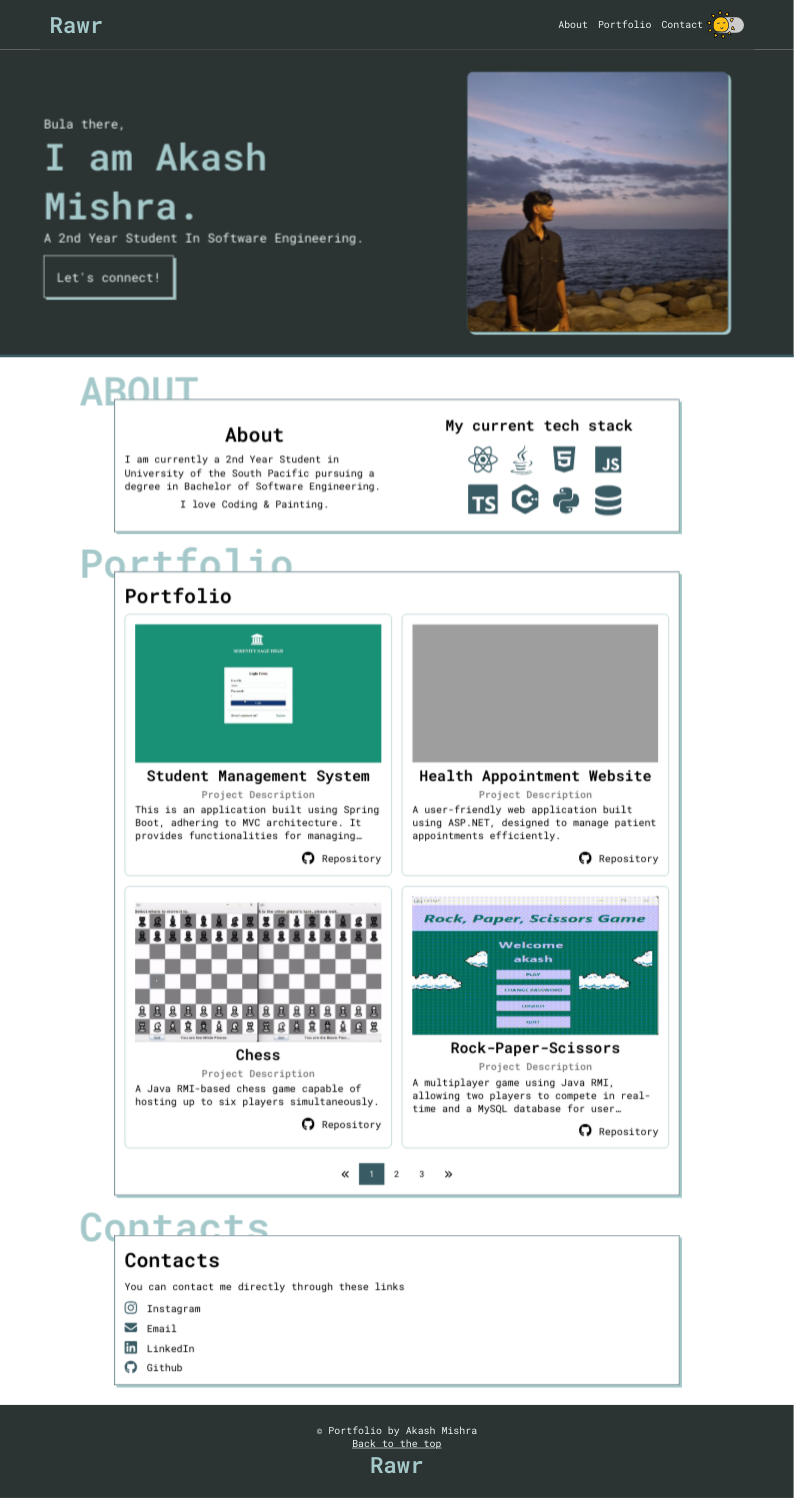
Repository: akashrawr/portfolio
Page: /
An editor plug-in stored every save of this project. The page is shown before and after the next save, followed by the edit.
The browser window is 1280 px wide. The pictures show the whole page, at 62% of full size.
Pictures or frames that could not be fetched are drawn as grey boxes. The project was rebuilt for these pictures with package versions that can differ from the ones it lists, and the page was loaded fresh each time.

Above is the page before, as saved 2024-12-17 11:43:09.

### public/index.html
<!DOCTYPE html>
<html lang="en">
  <head>
    <meta charset="utf-8" />
    <link rel="icon" href="%PUBLIC_URL%/favicon.ico" />
    <meta name="viewport" content="width=device-width, initial-scale=1" />
    <meta name="theme-color" content="#000000" />
    <meta
      name="description"
      content="Personal web Portfolio"
    />
    <link rel="apple-touch-icon" href="%PUBLIC_URL%/logo192.png" />
    <!--
      manifest.json provides metadata used when your web app is installed on a
      user's mobile device or desktop. See https://developers.google.com/web/fundamentals/web-app-manifest/
    -->
    <link rel="manifest" href="%PUBLIC_URL%/manifest.json" />
    <!--
      Notice the use of %PUBLIC_URL% in the tags above.
      It will be replaced with the URL of the `public` folder during the build.
      Only files inside the `public` folder can be referenced from the HTML.

      Unlike "/favicon.ico" or "favicon.ico", "%PUBLIC_URL%/favicon.ico" will
      work correctly both with client-side routing and a non-root public URL.
      Learn how to configure a non-root public URL by running `npm run build`.
    -->
    <title>akashrawr</title>
  </head>
  <body>
    <noscript>You need to enable JavaScript to run this app.</noscript>
    <div id="root"></div>
    <!--
      This HTML file is a template.
      If you open it directly in the browser, you will see an empty page.

      You can add webfonts, meta tags, or analytics to this file.
      The build step will place the bundled scripts into the <body> tag.

      To begin the development, run `npm start` or `yarn start`.
      To create a production bundle, use `npm run build` or `yarn build`.
    -->
  </body>
</html>

### src/App.js
import React, { useState, useEffect } from 'react';
import './App.css';
import AOS from 'aos';
import 'aos/dist/aos.css';

// Import components
import Header from './components/Header';
import Hero from './components/Hero';
import About from './components/About';
import Portfolio from './components/Portfolio';
import Contact from './components/Contact';
import Footer from './components/Footer';

function App() {
  useEffect(() => {
    AOS.init({ once: true, delay: 0 });
  }, []);

  const [isNavVisible, setIsNavVisible] = useState(false);
  const [darkMode, setDarkMode] = useState(false);

  const toggleNav = () => {
    setIsNavVisible(!isNavVisible);
  };

  const toggleDarkMode = () => {
    setDarkMode(!darkMode);
    document.body.classList.toggle('dark-mode', !darkMode);
  };

  return (
    <div>
      <Header
        isNavVisible={isNavVisible}
        toggleNav={toggleNav}
        darkMode={darkMode}
        toggleDarkMode={toggleDarkMode}
      />
      <main>
        <Hero />
        <About />
        <Portfolio />
        <Contact />
      </main>
      <Footer />
    </div>
  );
}

export default App;

### src/App.css
@import url("https://fonts.googleapis.com/css2?family=Roboto+Mono:wght@300;400;600&display=swap");

:root {
  --primary-color: #2c3333;
  --secondary-color: #395b64;
  --accent-1: #a5c9ca;
  --accent-2: #e7f6f2;
  --neutral-1: black;
  --neutral-2: white;
  --neutral-3: white;
  --neutral-4: black;
  --icon-1: #395b64;

  --dark-primary-color: #121212;
  --dark-secondary-color: #1f1f1f;
  --dark-accent-1: #6c757d;
  --dark-accent-2: #adb5bd;
  --dark-neutral-1: #ffffff;
  --dark-neutral-2: #121212;
  --dark-neutral-3:#1f1f1f;
  --dark-neutral-4: #938f8f;
  --dark-icon-1: #938f8f;

}

*,
*::after,
*::before {
  margin: 0;
  padding: 0;
  font-family: "Roboto Mono", monospace;
  box-sizing: border-box;


}

html {
  scroll-behavior: smooth;
}

body {
  overflow-x: hidden;
  background-color: var(--neutral-3);
  color: var(--neutral-1);
  font-family: "Roboto Mono", monospace;
}

body.dark-mode {
  --primary-color: var(--dark-primary-color);
  --secondary-color: var(--dark-secondary-color);
  --accent-1: var(--dark-accent-1);
  --accent-2: var(--dark-accent-2);
  --neutral-1: var(--dark-neutral-1);
  --neutral-2: var(--dark-neutral-2);
  --neutral-3: var(--dark-neutral-3);
  --neutral-4: var(--dark-neutral-4);
  --icon-1:var(--dark-icon-1);
}


/* Navbar styles */

header {
  display: flex;
  align-items: center;
  justify-content: center;

  max-width: 100vw;
  background-color: var(--primary-color);
}

a {
  font-size: 14px;
  text-decoration: none;
}

h1 {
  font-family: "Roboto Mono", monospace;
}

.navbar-nav {
  display: flex;
  align-items: center;
  justify-content: space-between;
  background-color: var(--primary-color);
  padding: 1rem;
  width: 90%;
}

.nav-logo {
  grid-column: 1;
}

.nav-logo > h1 {
  font-size: 30px;
  color: var(--accent-1);
}

.primary-nav {
  display: flex;
  list-style: none;
  gap: 16px;

  grid-column: 2;
  justify-self: end;
}

.mobile-nav-toggle {
  display: none;
  cursor: pointer;
}

.nav-link:link,
.nav-link:visited {
  font-size: 16px;
  color: var(--accent-2);

  transition: 300ms ease-in-out;
}

.nav-link:hover {
  font-weight: 600;
  color: var(--accent-1);
}


/* Dark mode toggle button */
.theme-toggle {
  background: none;
  border: none;
  cursor: pointer;
  padding: 8px;
  display: flex;
  align-items: center;
}

.nav-icons {
  --size: 30px;
  width: var(--size);
  aspect-ratio: 1;
  cursor: pointer;
}



@media only screen and (max-width: 35em) {
  .primary-nav {
    position: fixed;
    top: 0;
    right: 0;
    bottom: 0;
    width: 125px;

    flex-direction: column;
    padding: min(15vh, 3rem) 1rem;
    background-color: var(--primary-color);
    border-left: 2px solid rgb(111, 111, 111); /* Add this line for the left border */

    z-index: 9999;

    transform: translateX(100%);
    transition: transform 350ms ease-out;
  }


  .nav-link:link,
  .nav-link:visited {
    font-size: 15px;
    color: var(--accent-1);
  }

  .primary-nav[data-visible="true"] {
    transform: translateX(0%);
  }

  .mobile-nav-toggle[aria-expanded="true"] {
    background: url('data:[embedded picture, 416 characters]') center center no-repeat;
  }

  .mobile-nav-toggle {
    display: block;
    position: absolute;
    background: url('data:[embedded picture, 417 characters]') center center no-repeat;

    width: 1.25rem;
    aspect-ratio: 1;

    border: none;

    top: 1.4rem;
    right: 2.5rem;
    z-index: 10000;

    transition: 250ms ease-in-out;
  }
}

/* Section styles */

section {
  display: flex;
  align-items: center;
  justify-content: center;

  max-width: 100vw;
  position: relative;
}

/* HERO SECTION */
#hero {
  background-color: var(--primary-color);
  border-bottom: 4px solid var(--icon-1);
  padding: 2.2rem;
}

/* Main container for text and image */
.hero-main-container {
  display: flex;
  flex-wrap: wrap;
  align-items: center;
  justify-content: space-between;
  gap: 16px;
}

/* Text Container */
.hero-container {
  flex: 1;
  display: flex;
  flex-direction: column;
  gap: 16px;
  padding: 2.2rem;
  width: 90%;
  height: 350px;
  animation: fade-in 500ms linear forwards;
}

.hero-text-container > h2 {
  font-size: 28px;
  color: var(--accent-1);
}

.hero-text-container > p {
  font-size: 12px;
  color: var(--accent-2);
}

.hero-button {
  align-self: flex-start;

  font-size: 14px;
  padding: 1em;

  color: var(--accent-2);
  background-color: transparent;

  border: 1px solid var(--accent-2);
  box-shadow: 4px 4px 0px var(--accent-1);

  transition: 300ms ease-in-out;
}

.hero-button:hover {
  background-color: var(--accent-2);
  color: var(--primary-color);
  box-shadow: 6px 6px 0px var(--secondary-color);
}

/* Image Container */
.hero-img {
  flex: 1;
  display: flex;
  justify-content: center;
  align-items: center;
}

.hero-image {
  max-width: 75%;
  height: auto;
  border-radius: 10px;
  box-shadow: 0 4px 8px rgba(0, 0, 0, 0.1);
  border: 1px solid var(--secondary-color);
  background-color: var(--neutral-2);

  width: 100%;


  box-shadow: 4px 4px 0px var(--accent-1);
}


/* Responsive Styles */
@media screen and (max-width: 768px) {
  .hero-main-container {
    flex-direction: column;
  }

  .hero-img {
    margin-top: 20px;
  }

  .hero-text-container {
    text-align: left;
  }
}
.hero-text-container > h2 {
  font-size: 20px;
  color: var(--accent-1);
}
.project-card > h3 {
  font-size: 12px;
  color: var(--secondary-color);
}

/* ABOUT */

#about {
  padding: 2rem;
  margin-top: 36px;
  animation: fade-in 500ms linear forwards;

}

.wave-asset {
  width: 100%;
  position: absolute;

  top: 0;
  left: 0;
}

.about-container {
  display: flex;
  align-items: center;
  justify-content: center;
  background-color: var(--neutral-2);
  width: 90%;
  z-index: 999;
}

.about-card,
.portfolio-card,
.contact-card {
  display: flex;
  flex-direction: column;
  gap: 16px;
  border: 1px solid var(--secondary-color);
  background-color: var(--neutral-2);

  width: 100%;
  padding: 1rem;

  box-shadow: 4px 4px 0px var(--accent-1);
}

.about-content,
.portfolio-content {
  width: 100%;
  display: flex;
  flex-direction: column;
  gap: 8px;
}

.about-content > h2,
.about-content > h3 {
  color: var(--neutral-4);
}

.about-content > p {
  font-size: 12px;
  color: var(--neutral-4);
}

.tech-stack-grid {
  width: 65%;
  display: grid;
  grid-template-columns: repeat(4, 1fr);
  place-items: center;
}

.tech-stack {
  --size: 30px;
  width: var(--size);
  aspect-ratio: 1;
}

/* Portfolio container */

#portfolio {
  padding: 2rem;
  animation: fade-in 500ms linear forwards;
}

.portfolio-container {
  width: 90%;
  z-index: 999;
}

.project-container {
  display: grid;
  grid-template-columns: repeat(2, 1fr);
  gap: 16px;
}

.portfolio-content > h2 {
  color: var(--neutral-4);
}

.project-card {
  display: flex;
  flex-direction: column;
  gap: 4px;

  padding: 1rem;
  border-radius: 8px;
  border: 1px solid var(--accent-1);
}

.project-card > h3 {
  color: var(--neutral-4);
}

.project-card > h5 {
  color: var(--neutral-4);
  opacity: 0.5;
}

.project-card > p {
  font-size: 12px;
  width: 100%;
  display: -webkit-box;
  -webkit-box-orient: vertical;
  -webkit-line-clamp: 3;
  overflow: hidden;
  color: var(--neutral-4);
}

.project-img {
  width: 100%;
  aspect-ratio: 16/9;
}

.project-card-links {
  align-self: flex-end;

  margin-top: 10px;
  display: flex;
  align-items: center;
  gap: 12px;
}

.project-icons {
  --size: 20px;
  width: var(--size);
  aspect-ratio: 1;
}

.project-card-links > a {
  display: flex;
  align-items: center;
  color: var(--neutral-4);
  font-size: 10px;
  gap: 4px;
}

.project-card-links > a:link,
.project-card-links > a:visited {

  color: var(--neutral-4);
}

.project-card-links > a:hover {
  font-weight: 600;
  color: var(--accent-1);
}

/* CONTACT */
#contact {
  padding: 2rem;
  animation: fade-in 500ms linear forwards;
}

.contact-container {
  width: 90%;
  z-index: 999;
}

.contact-card {
  width: 100%;
  gap: 12px;
}
.contact-card > h2 {
    color: var(--neutral-4);
}

.contact-card > p {
  font-size: 12px;
  color: var(--neutral-4);
}

.contact-links {
  display: flex;
  flex-direction: column;
  gap: 8px;
}

.contact-links > a {
  display: flex;
  align-items: center;
  gap: 8px;
}

.contact-links > a:link,
.contact-links > a:visited {
  color: var(--neutral-4);
}

.contact-links > a:hover {
  font-weight: 600;
  color: var(--accent-1);
}
.contact-icons {
  --size: 20px;
  width: var(--size);
  aspect-ratio: 1;
}

/* extras */
.section-highlight {
  font-size: 4rem;
  font-weight: 600;
  opacity: 0.5;
  color: var(--accent-1);

  position: absolute;
  top: 0;
  left: 100px;
}

/* footer */
footer {
  display: flex;
  align-items: center;
  justify-content: center;
  color: var(--accent-2);
  max-width: 100vw;
  background-color: var(--primary-color);
  min-height: 150px;
}

.footer-content {
  text-align: center;
  font-size: 12px;
  width: 90%;

  color: var(--accent-2);
}

.footer-content > a {
  text-decoration: underline;
}

.footer-content > a:link,
.footer-content > a:visited {
  color: var(--accent-2);
}

.footer-content > a:hover {
  color: var(--accent-1);
}
/* media queries */

@media only screen and (max-width: 35em) {
  .hero-container {
    padding: 1rem;
    height: 200px;
  }
  .project-container {
    grid-template-columns: 1fr;
  }
  .tech-stack-grid {
    width: 100%;
  }
  .section-highlight {
    font-size: 3.5rem;
    top: -16px;
    left: 6vw;
  }
}

@media only screen and (min-width: 35em) {
  .hero-container {
    height: 250px;
  }
  .about-container,
  .portfolio-container,
  .contact-container {
    width: 75%;
  }

  .about-card,
  .portfolio-card {
    align-items: center;
    justify-content: center;
    flex-direction: row;
    gap: 20px;
  }

  .section-highlight {
    top: -26px;
    left: 10vw;
  }
}

@media only screen and (min-width: 768px) {
  .nav-logo > h1 {
    font-size: 36px;
  }

  /* hero */
  .hero-container {
    height: 350px;
  }

  .hero-text-container > p {
    font-size: 20px;
  }

  .hero-text-container > h2 {
    font-size: 60px;
  }

  .hero-button {
    font-size: 20px;
  }

  /* about */
  .about-card {
    gap: 40px;
  }

  .about-content > h2 {
    font-size: 32px;
  }

  .about-content > h3 {
    font-size: 24px;
  }

  .about-content > p {
    font-size: 16px;
  }

  .tech-stack-section {
    align-self: flex-start;
    margin-top: 8px;
  }

  .tech-stack {
    --size: 40px;
    width: var(--size);
    aspect-ratio: 1;
  }

  /* portfolio */
  .portfolio-content > h2 {
    font-size: 32px;
  }

  .project-card > h3 {
    font-size: 24px;
  }

  .project-card > h5,
  .project-card > p {
    font-size: 16px;
  }

  .project-card-links > a {
    font-size: 16px;
  }

  /* contacts */
  .contact-card > h2 {
    font-size: 32px;
  }

  .contact-card > p {
    font-size: 16px;
  }

  .contact-links > a {
    font-size: 16px;
  }
  .footer-content,
  .footer-content > a {
    font-size: 16px;
  }
}

@media only screen and (min-width: 1024px) {
  .section-highlight {
    top: -26px;
    left: 10vw;
  }
}

@keyframes fade-in {
  0% {
    opacity: 0;
  }
  100% {
    opacity: 1;
  }
}

/* Adjust specific sections as needed for React-specific behaviors */
.primary-nav.visible {
  transform: translateX(0%);
}

/* The switch - the box around the slider */
.switch {
  position: relative;
  display: inline-block;
  width: 50px;
  height: 25px;
}

/* Hide default HTML checkbox */
.switch input {
  opacity: 0;
  width: 0;
  height: 0;
}

/* The slider */
.slider {
  position: absolute;
  cursor: pointer;
  top: 0;
  left: 0;
  right: 0;
  bottom: 0;
  background-color: #ccc;
  -webkit-transition: .4s;
  transition: .4s;
  border-radius: 25px; /* Rounded edges for the slider */
  display: flex;

  align-items: center;
}

/* Adjust the icon size to 48x48 pixels */
.slider .icon {
  position: absolute;
  width: 48px;
  height: 48px;
  transition: .4s;
}

/* When the input is checked (dark mode is on) */
input:checked + .slider {
  background-color: #3e4346; /* Change background color on check */
}

input:focus + .slider {
  box-shadow: 0 0 1px #2196F3;
}

/* Move the icons when the input is checked (dark mode) */
input:checked + .slider .icon {
  transform: translateX(20px); /* Move the icon to the right */
}

/* Default state (light mode) */
input:not(:checked) + .slider .icon {
  transform: translateX(-15px) translateY(-2px); /* Icon remains in the default position */
  width: 52px; /* Further reduced icon size for very small screens */
  height: 52px; /* Further reduced icon size for very small screens */
}

.about-icon {
  color: var(--icon-1); /* Change to any shade of blue you prefer */
  font-size: 3rem; /* Adjust size as needed */
  margin: 0.5rem;
}

.project-icons {
  margin-right: 0.5rem; /* Space between icon and text */
  font-size: 1.5rem; /* Adjust icon size */
  color: inherit; /* Match the color of the link */
}

.contact-icons {
  margin-right: 0.5rem; /* Space between icon and text */
  font-size: 1.5rem; /* Adjust icon size */
  color: var(--icon-1);
}

/* Responsive Adjustments */
@media (max-width: 768px) {
  .about-icon {
    font-size: 2.5rem; /* Slightly smaller on smaller devices */
    margin: 0.4rem;
  }

  .project-icons {
    font-size: 1.2rem; /* Smaller icon size on smaller screens */
    margin-right: 0.4rem;
  }

  .contact-icons {
    font-size: 1.2rem; /* Smaller icon size on smaller screens */
    margin-right: 0.4rem;
  }
}

@media (max-width: 480px) {
  .about-icon {
    font-size: 2rem; /* Even smaller on very small devices */
    margin: 0.3rem;
  }

  .project-icons {
    font-size: 1rem; /* Further reduced icon size for very small screens */
    margin-right: 0.3rem;
  }

  .contact-icons {
    font-size: 1rem; /* Further reduced icon size for very small screens */
    margin-right: 0.3rem;
  }
}

.pagination {
  display: flex;
  justify-content: center;
  align-items: center;
  margin-top: 1rem;
}

.pagination a {
  color: var(--neutral-4);
  padding: 8px 16px;
  text-decoration: none;
}

.pagination a.active {
  background-color: #395b64;
  color: white;
}

.pagination a:disabled {
  color: grey;
  pointer-events: none;
}

/* Responsive Adjustments */
@media (max-width: 768px) {
  .pagination a {
    padding: 6px 12px; /* Smaller padding for smaller screens */
    font-size: 0.9rem; /* Slightly smaller font size */
  }

  .pagination {
    margin-top: 0.75rem; /* Adjust margin top for smaller screens */
  }
}

@media (max-width: 480px) {
  .pagination a {
    padding: 4px 8px; /* Even smaller padding for very small screens */
    font-size: 0.8rem; /* Smaller font size for very small screens */
  }

  .pagination {
    margin-top: 0.5rem; /* Adjust margin top for very small screens */
  }
}

### src/components/Hero.js
import React from 'react';

function Hero() {
  return (
    <section id="hero">
      <div className="hero-main-container">
        {/* Text and Button Container */}
        <div className="hero-container">
          <div className="hero-text-container" data-aos="fade-up">
            <p>Bula there,</p>
            <h2>I am Akash Mishra.</h2>
            <p>A 2nd Year Student In Software Engineering.</p>
          </div>
          <a href="#contact" className="hero-button" data-aos="fade-up">
            Let's connect!
          </a>
        </div>

        {/* Image Container */}
        <div className="hero-img" data-aos="fade-up">
          <img className="hero-image" src="./assets/images/akash.jpg" alt="akash" />
        </div>
      </div>
    </section>
  );
}

export default Hero;

### src/components/Footer.js
import React from 'react';

function Footer() {
  return (
    <footer>
      <div className="footer-content">
        © Portfolio by Akash Mishra <br/>
        <a href="#hero">Back to the top</a>
        <div className="nav-logo">
          <h1>Rawr</h1>
        </div>
      </div>

    </footer>
  );
}

export default Footer;

### src/data/projects.js
export const projects = [
    {
      imgSrc: './assets/images/SMS.gif',
      altText: 'project-SMS',
      title: 'Student Management System',
      description: 'This is an application built using Spring Boot, adhering to MVC architecture. It provides functionalities for managing student records.',
      repoLink: 'https://github.com/akashrawr/Student-Management-System-Springboot.git',
    },
    {
      imgSrc: './assets/images/health.gif',
      altText: 'project-Health',
      title: 'Health Appointment Website',
      description: 'A user-friendly web application built using ASP.NET, designed to manage patient appointments efficiently.',
      repoLink: 'https://github.com/akashrawr/Medical_Website.git',
    },
    {
      imgSrc: './assets/images/chess.gif',
      altText: 'project-Chess',
      title: 'Chess',
      description: 'A Java RMI-based chess game capable of hosting up to six players simultaneously.',
      repoLink: 'https://github.com/akashrawr/ChessRMI.git',
    },
    {
      imgSrc: './assets/images/rps.gif',
      altText: 'project-RPS',
      title: 'Rock-Paper-Scissors',
      description: 'A multiplayer game using Java RMI, allowing two players to compete in real-time and a MySQL database for user tracking.',
      repoLink: 'https://github.com/akashrawr/RockPaperScissors-RMI.git',
    },
    {
      imgSrc: './assets/images/weather.gif',
      altText: 'project-Weather-App',
      title: 'Weather App',
      description: 'A weather forecasting application built using React and TypeScript. It utilizes an external API to fetch real-time weather data.',
      repoLink: 'https://weatherapp-react-ts.vercel.app/',
      liveDemoLink: 'https://github.com/akashrawr/WeatherApp-React-TS.git',
    },
    {
      imgSrc: './assets/images/movielist.gif',
      altText: 'project-Movielist',
      title: 'Movie List App',
      description: 'A React-based application to create and manage a personal movie watchlist with local storage integration for saving data.',
      repoLink: 'https://github.com/akashrawr/MovieWatchList-React.git',
      liveDemoLink: 'https://watch-list.vercel.app/',
    },
    {
      imgSrc: './assets/images/nqueen.gif',
      altText: 'project-Nqueen',
      title: 'N-Queen Solver',
      description: 'A Java-based solution to the N-Queen problem, implementing different types of algorithms to find various queen placements on a chessboard.',
      repoLink: 'https://github.com/akashrawr/N-Queen-Solver.git',
    },
    {
      imgSrc: './assets/images/hotel.gif',
      altText: 'Serenity-hotel',
      title: 'Serenity Hotel',
      description: 'A full-stack Hotel Room Booking project using React.js and Spring Boot, focusing on JWT authentication, MySQL, and AWS.',
      repoLink: 'https://github.com/akashrawr/Serenity-Hotel.git',
      liveDemoLink: 'https://serenity-hotel.vercel.app',
    },
    {
      imgSrc: './assets/images/coming-soon.gif',
      altText: 'project-Soon',
      title: 'Project Name',
      description: 'Lorem ipsum dolor sit amet, consectetur adipiscing elit. Quisque egestas ornare lorem ullamcorper gravida. In venenatis in diam ut tempor.',
      repoLink: '#',
      liveDemoLink: '#',
    },
  ];

Loaded but not shown: src/index.js (common file); src/index.css (common file); src/reportWebVitals.js (common file); src/components/Portfolio.js (95 lines, source omitted); src/components/About.js (54 lines, source omitted); src/components/Header.js (58 lines, source omitted); src/components/Contact.js (48 lines, source omitted)

After the next save:
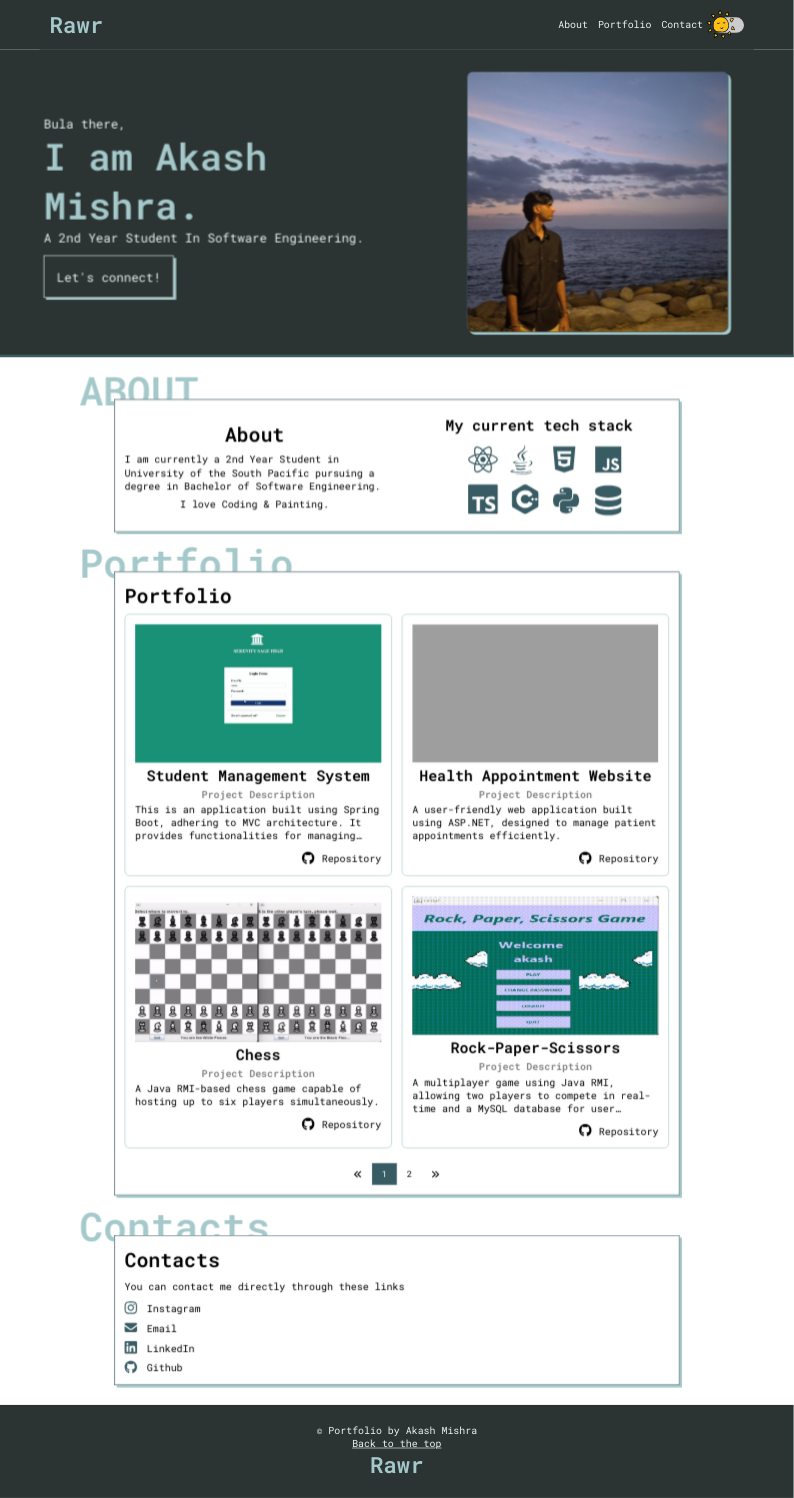
Saved 2 days later.
--- a/src/data/projects.js
+++ b/src/data/projects.js
@@ -51,14 +51,6 @@ export const projects = [
       repoLink: 'https://github.com/akashrawr/N-Queen-Solver.git',
     },
     {
-      imgSrc: './assets/images/hotel.gif',
-      altText: 'Serenity-hotel',
-      title: 'Serenity Hotel',
-      description: 'A full-stack Hotel Room Booking project using React.js and Spring Boot, focusing on JWT authentication, MySQL, and AWS.',
-      repoLink: 'https://github.com/akashrawr/Serenity-Hotel.git',
-      liveDemoLink: 'https://serenity-hotel.vercel.app',
-    },
-    {
       imgSrc: './assets/images/coming-soon.gif',
       altText: 'project-Soon',
       title: 'Project Name',
@@ -67,3 +59,16 @@ export const projects = [
       liveDemoLink: '#',
     },
   ];
+
+  /*
+
+  {
+    imgSrc: './assets/images/hotel.gif',
+    altText: 'Serenity-hotel',
+    title: 'Serenity Hotel',
+    description: 'A full-stack Hotel Room Booking project using React.js and Spring Boot, focusing on JWT authentication, MySQL, and AWS.',
+    repoLink: 'https://github.com/akashrawr/Serenity-Hotel.git',
+    liveDemoLink: 'https://serenity-hotel.vercel.app',
+  },
+
+  */
